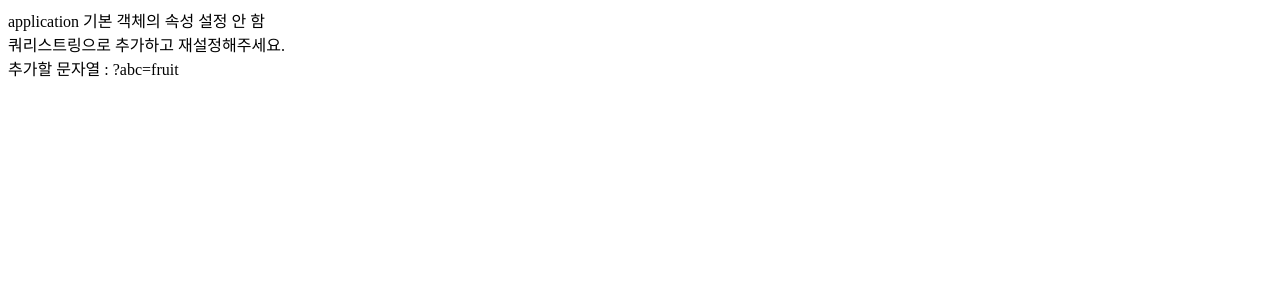
Repository: iwanttogohomenow/jspwork
Page: http://localhost/second/10_04_application04.jsp
The author's editor kept a copy of each file at every save. The page is drawn from the files as they stood at one save, then again after the next save.
The browser window is 1280 px wide. The pictures show the whole page.
The page is served by Tomcat 9.

Above is the page before, as saved 2023-03-08 02:46:24.

After the next save:
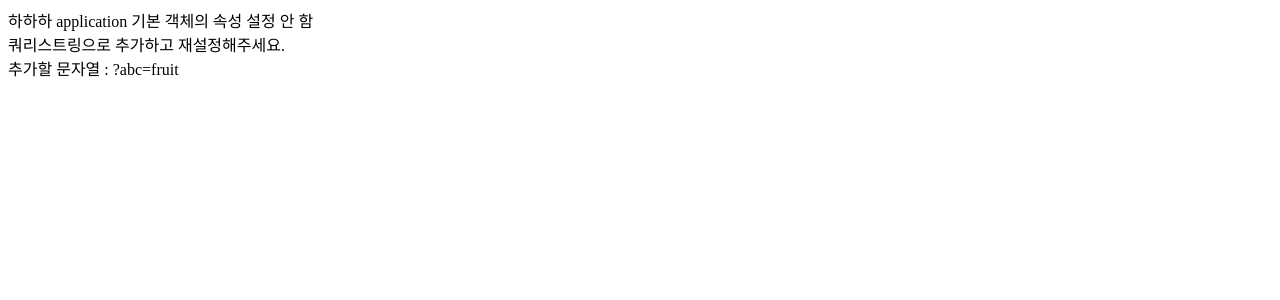
Saved 5 min 31 s later.
--- a/second/src/main/webapp/10_04_application04.jsp
+++ b/second/src/main/webapp/10_04_application04.jsp
@@ -1,34 +1,40 @@
 <%@ page language="java" contentType="text/html; charset=UTF-8"
-    pageEncoding="UTF-8"%>
+	pageEncoding="UTF-8"%>
 <!DOCTYPE html>
 
 <%
-String name = request.getParameter("abc");
-if (name != null){
-	application.setAttribute(name, "orange");
+request.setAttribute("ccc", "하하하");
+String name = request.getParameter("abc"); //"fruit"
+if (name != null) {
+	application.setAttribute(name, "orange"); //"fruit" : "orange"
 
-}%>
+}
+%>
 <html>
 <head>
 
 <title>application 속성 지정</title>
 </head>
 <body>
-<%
-if(name != null) {
+<%= request.getAttribute("ccc") %>
+	<%
+	if (name != null) {
+		String str = (String)application.getAttribute(name);
+		/*오브젝트 형변환  */
 	%>
-application 기본 객체의 속성 설정:
-<%= name %> = <%= application.getAttribute(name) %>
-<%}else {
+	application 기본 객체의 속성 설정:
+	<%=name%>
+	=
+	<%=application.getAttribute(name)%>
+	<%
+	} else {
 	%>
-	application 기본 객체의 속성 설정 안 함<br>
-	쿼리스트링으로 추가하고 재설정해주세요.<br>
-	추가할 문자열 : ?abc=fruit
-	<%}
+	application 기본 객체의 속성 설정 안 함
+	<br> 쿼리스트링으로 추가하고 재설정해주세요.
+	<br> 추가할 문자열 : ?abc=fruit
+	<%
+	}
 	%>
-
-
-
 
 </body>
 </html>
